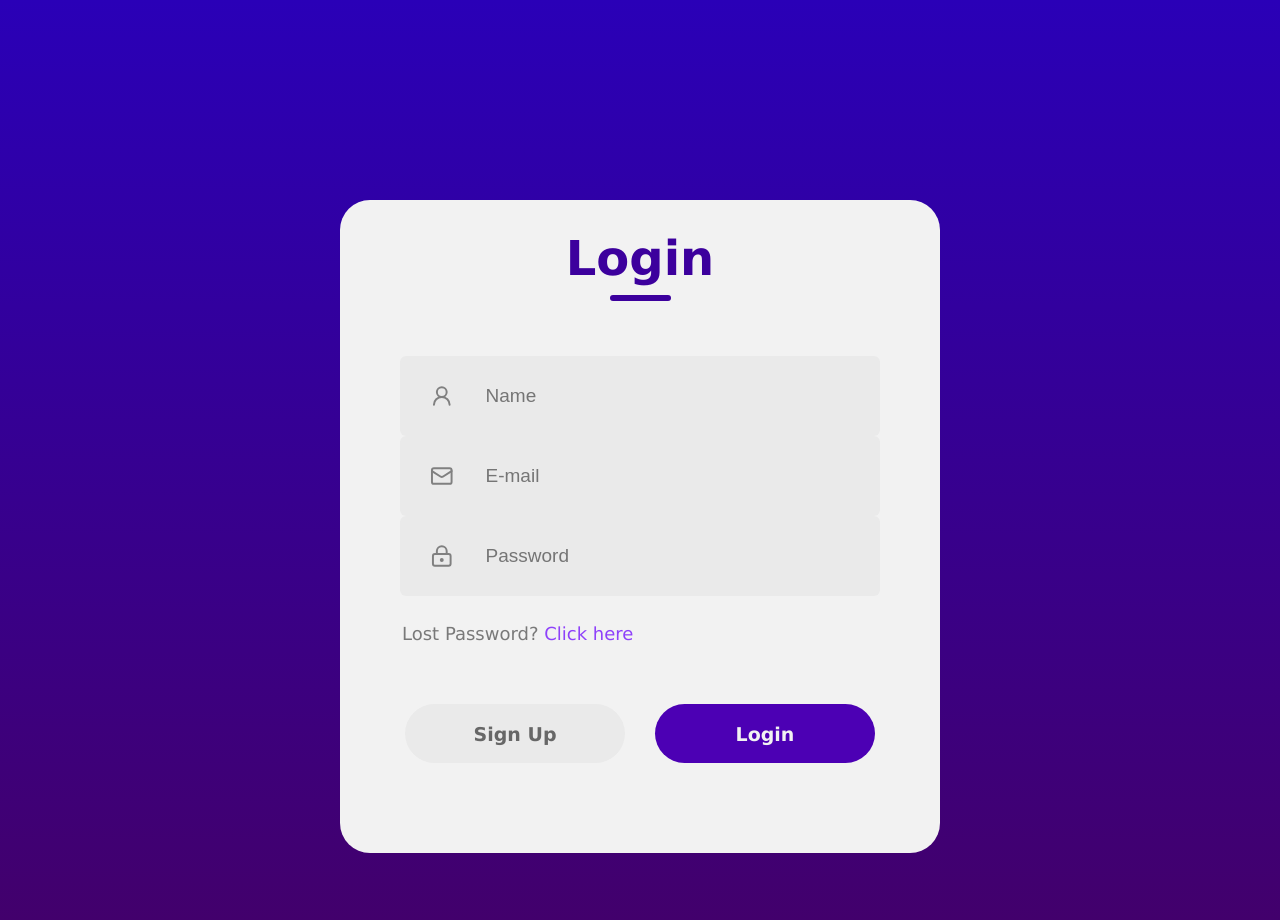
Repository: guilhermecardoso93/login-page
Page: /
These files come from the project's save history. The page is drawn as it stood at one moment and after the next save; the edit follows.
The browser window is 1280 px wide. The pictures show the whole page.
The project was rebuilt for these pictures with package versions that can differ from the ones it lists, and the page was loaded fresh each time. Also part of the build but not shown: vite.config.js.

Above is the page before, as saved 2024-10-22 19:46:24.

After the next save:
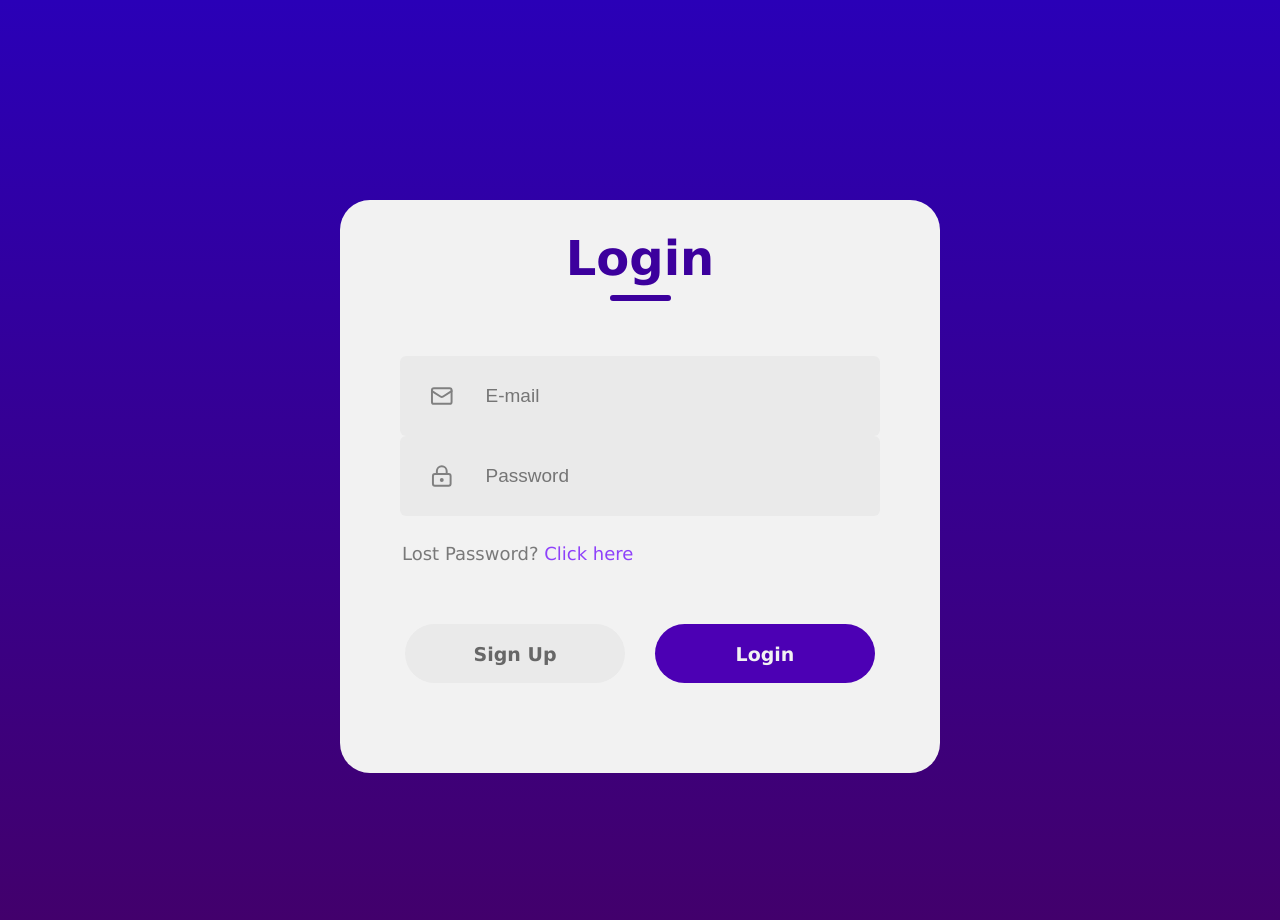
Saved 55 s later.
--- a/src/components/Login/Login.jsx
+++ b/src/components/Login/Login.jsx
@@ -15,6 +15,18 @@
         {action === "Login" ? (
           <div>
             <div className="input">
+              <Mail color="gray" size={24} className="icon" />
+              <input type="email" placeholder="E-mail" />
+            </div>
+
+            <div className="input">
+              <LockKeyhole color="gray" size={24} className="icon" />
+              <input type="password" placeholder="Password" />
+            </div>
+          </div>
+        ) : (
+          <div>
+            <div className="input">
               <UserRound color="gray" size={24} className="icon" />
               <input type="text" placeholder="Name" />
             </div>
@@ -29,8 +41,6 @@
               <input type="password" placeholder="Password" />
             </div>
           </div>
-        ) : (
-          <div></div>
         )}
       </div>
       <div className="forgot-password">

After the save that followed:
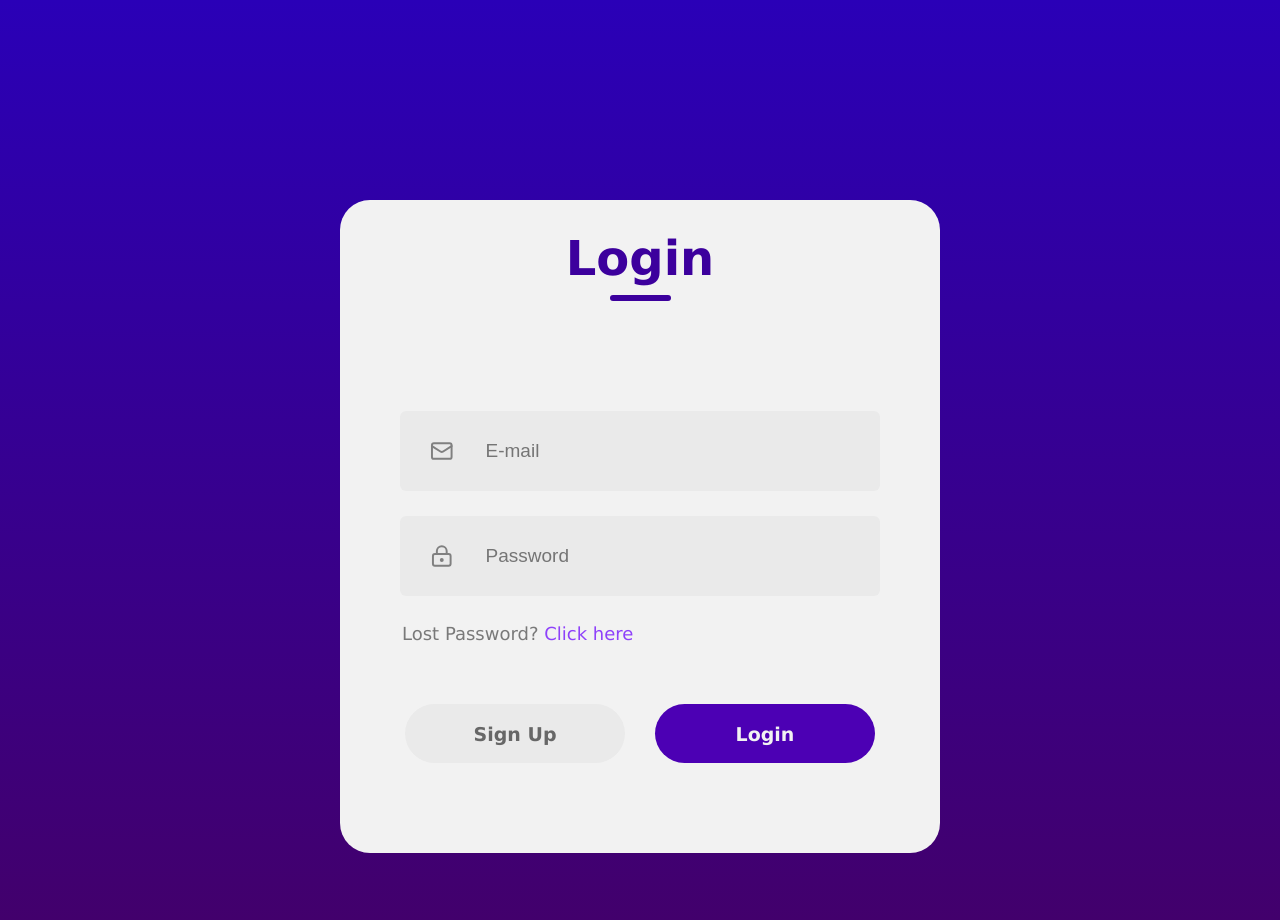
Saved 19 s later.
--- a/src/components/Login/Login.jsx
+++ b/src/components/Login/Login.jsx
@@ -13,7 +13,7 @@
       </header>{" "}
       <div className="inputs">
         {action === "Login" ? (
-          <div>
+          <div className="inputs">
             <div className="input">
               <Mail color="gray" size={24} className="icon" />
               <input type="email" placeholder="E-mail" />
@@ -25,7 +25,7 @@
             </div>
           </div>
         ) : (
-          <div>
+          <div className="inputs">
             <div className="input">
               <UserRound color="gray" size={24} className="icon" />
               <input type="text" placeholder="Name" />
